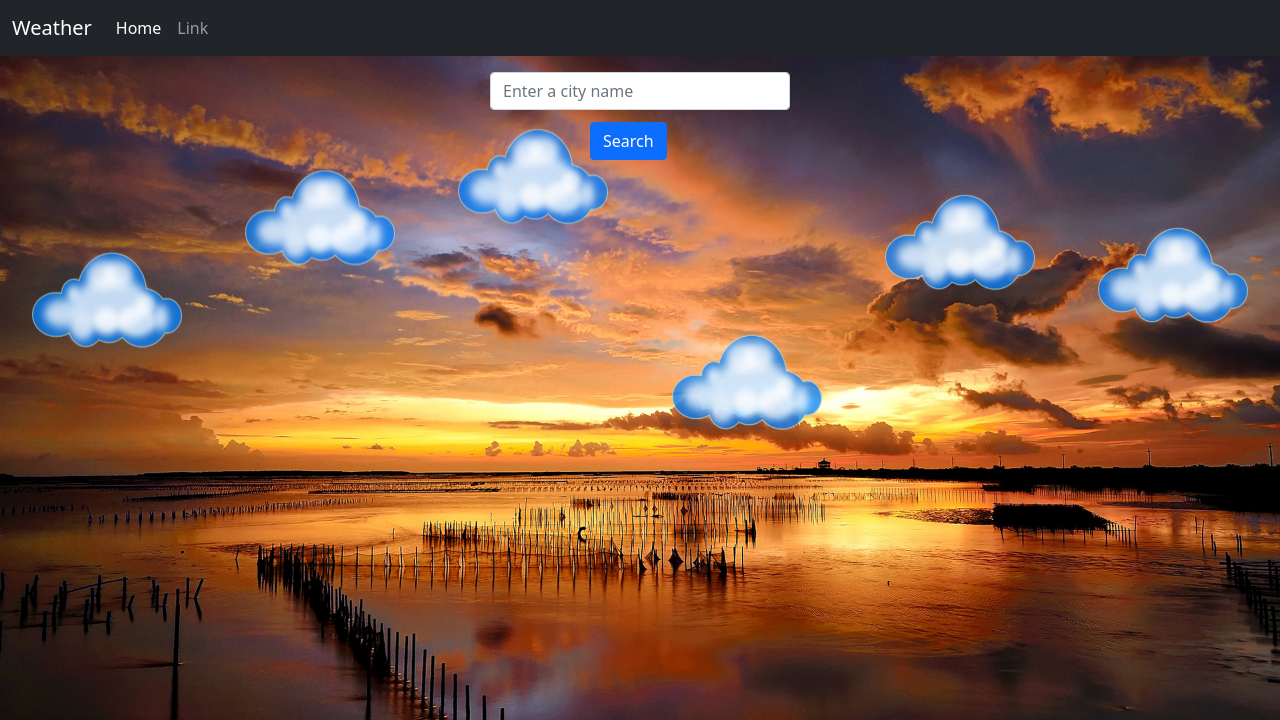
Repository: rohitbharti258/Project_Weather_finder
Page: index.html
The author's editor kept a copy of each file at every save. The page is drawn from the files as they stood at one save, then again after the next save.
The browser window is 1280 px wide. The pictures show the whole page.
Empty fields were first filled with sample values (such as "Sample", 5 or name@example.com).
After loading, the first visible `button.btn` was clicked once.
The page's requests for data from a server got no answer.

Above is the page before, as saved 2022-02-28 13:40:36.
Console error: TypeError: console.log(...) is not a function

### index.html
<!DOCTYPE html>
<html lang="en">

<head>
    <meta charset="UTF-8">
    <meta http-equiv="X-UA-Compatible" content="IE=edge">
    <meta name="viewport" content="width=device-width, initial-scale=1.0">
    <title>Weather App</title>
    <link rel="stylesheet" href="style.css">
    <link href="https://cdn.jsdelivr.net/npm/bootstrap@5.1.3/dist/css/bootstrap.min.css" rel="stylesheet"
        integrity="sha384-1BmE4kWBq78iYhFldvKuhfTAU6auU8tT94WrHftjDbrCEXSU1oBoqyl2QvZ6jIW3" crossorigin="anonymous">
</head>

<body>
    <nav class="navbar navbar-expand-lg navbar-dark bg-dark">
        <div class="container-fluid">
            <a class="navbar-brand" href="#">Weather</a>
            <button class="navbar-toggler" type="button" data-bs-toggle="collapse"
                data-bs-target="#navbarSupportedContent" aria-controls="navbarSupportedContent" aria-expanded="false"
                aria-label="Toggle navigation">
                <span class="navbar-toggler-icon"></span>
            </button>
            <div class="collapse navbar-collapse" id="navbarSupportedContent">
                <ul class="navbar-nav me-auto mb-2 mb-lg-0">
                    <li class="nav-item">
                        <a class="nav-link active" aria-current="page" href="#">Home</a>
                    </li>
                    <li class="nav-item">
                        <a class="nav-link" href="#">Link</a>
                    </li>
                </ul>
            </div>
        </div>
    </nav>
    <div class="cloud">
        <img class="animae" src="./cloud.png" alt="" srcset="">
        <img class="animae" src="./cloud.png" alt="" srcset="">
        <img class="animae" src="./cloud.png" alt="" srcset="">
        <img class="animae" src="./cloud.png" alt="" srcset="">
        <img class="animae" src="./cloud.png" alt="" srcset="">
        <img class="animae" src="./cloud.png" alt="" srcset="">
    </div>
    <div class="container  my-3">
        <div class="form">
        <!-- <form class="row g-3 ">  -->
            <div class="col-auto" style="width: 300px;">
                <input type="text" class="form-control" id="inputPassword2" placeholder="Enter a city name">
            </div>
            <div class="col-auto">
                <button type="submit" class="btn btn-primary mb-3">Search</button>
            </div>
        <!-- </form> -->
        </div>
    <!-- </div> -->
    <div class="weatherBox">

    </div>
    </div>
    <script src="index.js"></script>
    <!-- <script src="https://cdn.jsdelivr.net/npm/@popperjs/core@2.10.2/dist/umd/popper.min.js"
        integrity="sha384-7+zCNj/IqJ95wo16oMtfsKbZ9ccEh31eOz1HGyDuCQ6wgnyJNSYdrPa03rtR1zdB"
        crossorigin="anonymous"></script>
    <script src="https://cdn.jsdelivr.net/npm/bootstrap@5.1.3/dist/js/bootstrap.min.js"
        integrity="sha384-QJHtvGhmr9XOIpI6YVutG+2QOK9T+ZnN4kzFN1RtK3zEFEIsxhlmWl5/YESvpZ13"
        crossorigin="anonymous"></script>
    <script type="module" src="https://unpkg.com/ionicons@5.5.2/dist/ionicons/ionicons.esm.js"></script>
    <script nomodule src="https://unpkg.com/ionicons@5.5.2/dist/ionicons/ionicons.js"></script> -->
</body>

<!-- // <img src="https://img.icons8.com/color/48/000000/wet.png"/>
// <img src="https://img.icons8.com/color/48/000000/partly-cloudy-day--v1.png"/>
// <img src="https://img.icons8.com/color/48/000000/rain--v2.png"/>  -->


</html>

### style.css
body {
    /* background:linear-gradient(180deg,#5959b3 0%,skyBlue 100%); */
    background: url("./img/bgimg.jpg");
    /* background: url("https://cdn.wallpapersafari.com/43/51/iQEfDy.jpg"); */
    background-repeat: no-repeat;
    background-size: cover;
    width: 100vw;
    height: 100vh;
    /* display: flex;
    justify-content: center;
    align-items: center; */
}

/* nav{
    position: absolute;
    width:100%;
    top:0;
    left:0;
} */
.form {
    width: 300px;
    margin: 0 auto;
}
.cloud{
    display: flex;
    justify-content: space-around;
    align-items: center;
    position: absolute;
    bottom:0px;
    min-width:100%;
    transition: all 0.4s;

}

.cloud img{
    width:150px;
    height:100px;
    opacity:0;
    animation: cloud 7s linear infinite;
}
@keyframes cloud {
    0%{
        transform: translateY(0);
        opacity:0;
    }
    10%,20%{
        opacity:0.3;
    }
    30%,50%{

        opacity:1;
    }
    70%{

        opacity:1;
    }
    100%{
        transform: translateY(-80vh);
        opacity:1;
    }
}
.cloud img:nth-child(1){
    animation-delay: 2s;
}
.cloud img:nth-child(2){
    animation-delay: 1s;
}
.cloud img:nth-child(3){
    animation-delay: 0.5s;
}
.cloud img:nth-child(4){
    animation-delay: 3s;
}
.cloud img:nth-child(5){
    animation-delay: 1.3s;
}
.cloud img:nth-child(6){
    animation-delay: 1.7s;
}
.weatherBox {
    margin-left: 120px;
    width: 235px;
    height: 300px;
    margin: 0 auto;
    z-index: 1000;
}

.Box {
    display: flex;
    flex-direction: column;
    width: 100%;
    box-shadow: 0px 20px 20px rgba(255, 255, 255, 0.3);
    height: 100%;
    /* border:2px solid; */
    /* border-color: linear-gradient(red,blue); */
    border-radius: 10px;
}

.temp {
    margin-bottom: 15px;
    display: flex;
    justify-content: space-around;
    flex-direction: column;
    float: right;
    font-size: 13px;
    position: absolute;
    right: 40px;
    font-family: -apple-system, BlinkMacSystemFont, 'Segoe UI', Roboto, Oxygen, Ubuntu, Cantarell, 'Open Sans', 'Helvetica Neue', sans-serif;
}

.tempNow {
    text-align: center;
}

.minmax {
    display: flex;
    justify-content: center;
    /* display: none; */
}

.minmax :first-child {
    margin-right: 5px;
}

.cardBox {
    /* border: 2px solid red; */
    width: 100%;
    height: 100%;
    position: relative;
    display: flex;
    justify-content: center;
    align-items: center;
    z-index: 10;
    background: linear-gradient( 135deg, #2196f3, #00bcd4);
    /* border-radius: 20px; */
    /* border-bottom: 2px solid red; */
}

.content {
    width: 100%;
    height: 170px;
    /* border: 1px solid green; */
    /* border: 1px solid #009688; */
    /* border-radius: 20px; */
    border-top: none;
    padding: 30px;
    position: relative;
    backdrop-filter: blur(10px);
    background: linear-gradient( 45deg, black, transparent);
}


/* .content::before{
    content: "";
    position: absolute;
    top: -15px;
    width: 16px;
    left: -1px;
    z-index: 1;
    background: linear-gradient(45deg,black,transparent);
        backdrop-filter:blur(10px);
    height: 16px; */


/* } */


/* .content::after{
    content: "";
    position: absolute;
    top: -12px;
    width: 1px;
    right: -1px; background:#009688;
    height: 10px;
} */

.location {
    display: flex;
    justify-content: space-between;
}

.weather {
    display: flex;
    justify-content: space-between;
}

img {
    width: 22px;
    height: 22px;
}

span p {
    text-align: center;
}

.cardinfo {
    width: 350px;
    display: flex;
}

.date {
    position: absolute;
    top: 0;
    right: 10px;
}

.name {
    position: absolute;
    top: 0;
    left: 10px;
}

.cloudinfo img {
    width: 68px;
    height: 68px;
}

.cloudinfo p {
    font-size: 13px;
    color: rgb(15, 7, 7);
    text-align: center;
}

.content span {
    text-align: center;
}

span p {
    font-size: 10px;
    color: white;
    text-align: center;
    display: flex;
    flex-direction: column;
    align-items: center;
    margin: 0;
}

.form :nth-child(2) {
    margin: 12px auto;
    width: 100px;
}

### index.js
console.log("Weather app")
const btn = document.querySelector(".btn");
const input = document.querySelector(".form-control");
const api = "51d41d6f1c399b2abc7a3fcbfbb057c7";
const weatherBox = document.querySelector(".weatherBox")
let city = "";
const arr = ["Jan", "Feb", "Mar", "Apr", "May", "Jun", "Jul", "Aug", "Sep", "Oct", "Nov", "Dec"];
btn.addEventListener("click", (e) => {
    console.log(e);
    e.preventDefault();
    let str2 = ""

    city = input.value;
    console.log(city)
    input.value = ""
    const xhr = new XMLHttpRequest();
    xhr.open("GET", `https://api.openweathermap.org/data/2.5/weather?q=${city}&appid=${api}`, true);
xhr.onloadstart  = function(){
    console.log("progress")
    `<h2 class="h2"> ${city} </h2>`
}
    xhr.onload = function () {




        let obj = JSON.parse(this.responseText);
        console.log(obj.cod)
        if (obj.cod === 429) {
            str2 += obj.message;
            weatherBox.innerHTML = str2;
        } else
            if (this.status == 200) {

                let ob = [];
                // console.log(ob.push(...obj))/
                let cardbox = document.querySelector(".cardBox");
                let content = document.querySelector(".content")
                str = "";
                str2 = "";
                let sunrise = displayEndtime(obj.sys.sunrise);
                let sunset = displayEndtime(obj.sys.sunset);
                let date = displayDay();
                let c = `&#8451`;
                if (obj.cod == "404") {

                } else {
                    str += `
            <div class="Box">
                <div class="cardBox">
                    <div class="cloudinfo">
                      <img src=${"./img/"}${obj.weather[0].main}${".png"}>
                      <p>${obj.weather[0].main}${" | "}${"Feels like "}${(obj.main.feels_like - 273).toFixed(0)}${c}</p>
                    </div>
                    <div class="name">
                       <span>${obj.name}${" ,"}${obj.sys.country}</span>
                    </div>
                    <div class="date">
                       <p>${date}</p>
                    </div>
                    <div class="temp">
                        <span class="tempNow">${(obj.main.temp - 273.15).toFixed(0)}${c}</span>
                        <div class="minmax">
                           <span class="mintemp">${(obj.main.temp_min - 273.15).toFixed(0)}${c}</span>
                           <span class="maxtemp">${(obj.main.temp_max - 273.15).toFixed(0)}${c}</span>
                        </div>
                    </div>
                </div>
                <div class="content">
                    <div class="weather">
                        <span class="humidity"><img src="./img/blur.png"/>
                           <p>${obj.main.humidity}${"%"}</p>
                           <p>Humidity</p>
                        </span>
                        <span class="wind"><img src="./img/wind.png"/>
                           <p>${obj.wind.speed}${"m/s"}</p>
                           <p>Wind</p>
                        </span>
                        <span class="sunrise"> <img src="./img/sunrise.png"/>
                           <p>${sunrise}</p>
                           <p>Sunrise</p>
                        </span>
                    </div>
                    <div class="location">
                        <span class="lat">  <img src="./img/latitude.png"/>
                          <p>${obj.coord.lat.toFixed(2)}</p>
                          <p>Latitude</p>
                        </span>
                        <span class="lon"> <img src="./img/longitude.png"/>
                          <p>${obj.coord.lon.toFixed(2)}</p><p>Longitude</p></span>
                        <span class="sunrise"><img src="./img/sunset.png"/>
                          <p>${sunset}</p>
                          <p>Sunset</p>
                        </span>
                    </div>
                </div>
            </div>`;
                    weatherBox.innerHTML = str;
                    // console.log(str);
                }
            } else {
                console.log("error");
                str2 += "City not found";
                weatherBox.innerHTML = str2;
            }

    }
    xhr.send();
});

function displayEndtime(tstamp) {
    const end = new Date(tstamp);

    const hour = end.getHours();
    const min = end.getMinutes();
    const dis = `${hour > 12 ? hour - 12 : hour}:${min < 10 ? "0" : ""}${min}`;
    return dis;
}

function displayDay() {
    const end = new Date();

    const date = end.getDate();
    const mon = end.getMonth();
    const dis = `${arr[mon]}${","}${date}`;
    return dis;
}

// const animae = document.querySelectorAll(".animae");
// function randomsize(min,max){
//     min=Math.ceil(40);
//     max  =Math.ceil(150);
//     return Math.floor(Math.random() * (max-min)) + min;

// }
// function size() {
//     for (let index = 0; index < animae.length; index++) {
//         console.log("size")
//         animae[index].style.width = randomsize() + 'px';
//         animae[index].style.height = randomsize() + 'px';
//     }
// }

// window.addEventListener("load", size);

After the next save:
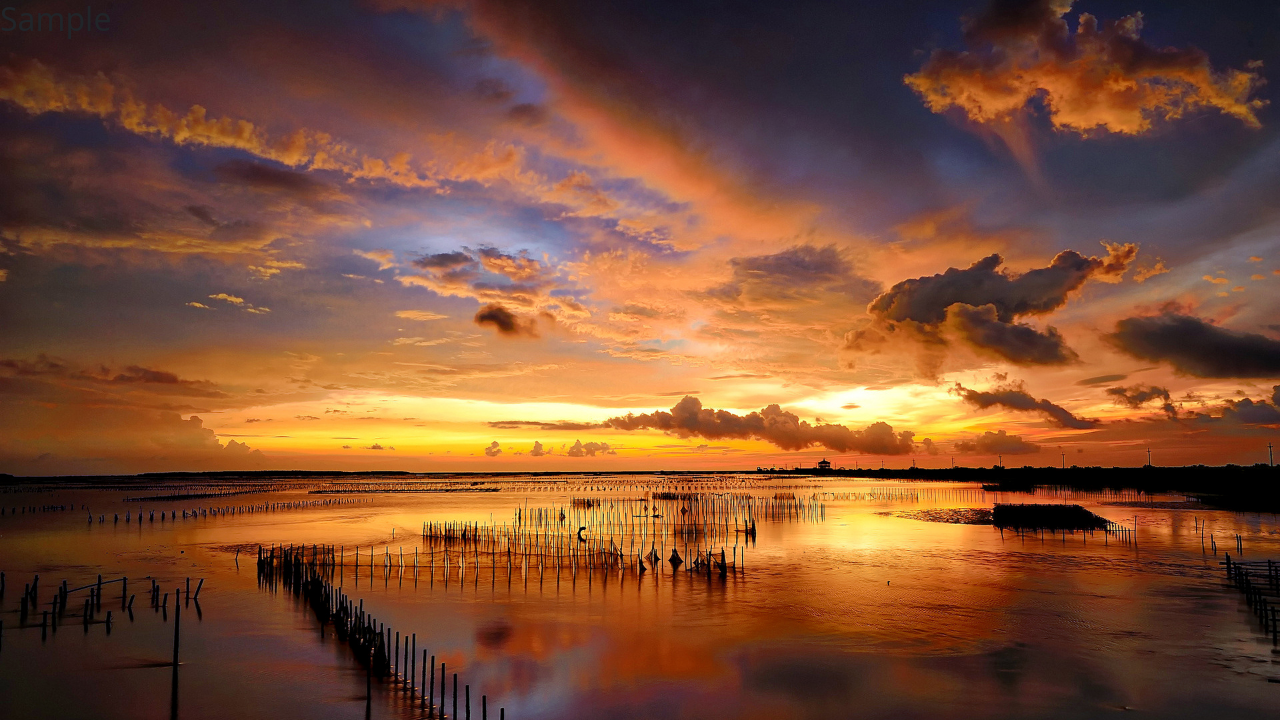
The error is gone.
Saved 2 min 26 s later.
--- a/index.js
+++ b/index.js
@@ -17,7 +17,9 @@ btn.addEventListener("click", (e) => {
     xhr.open("GET", `https://api.openweathermap.org/data/2.5/weather?q=${city}&appid=${api}`, true);
 xhr.onloadstart  = function(){
     console.log("progress")
-    `<h2 class="h2"> ${city} </h2>`
+    let sr  = ""
+    sr += `<h2 class="h2"> ${city} </h2>`;
+    document.body.innerHTML = sr;
 }
     xhr.onload = function () {
 
